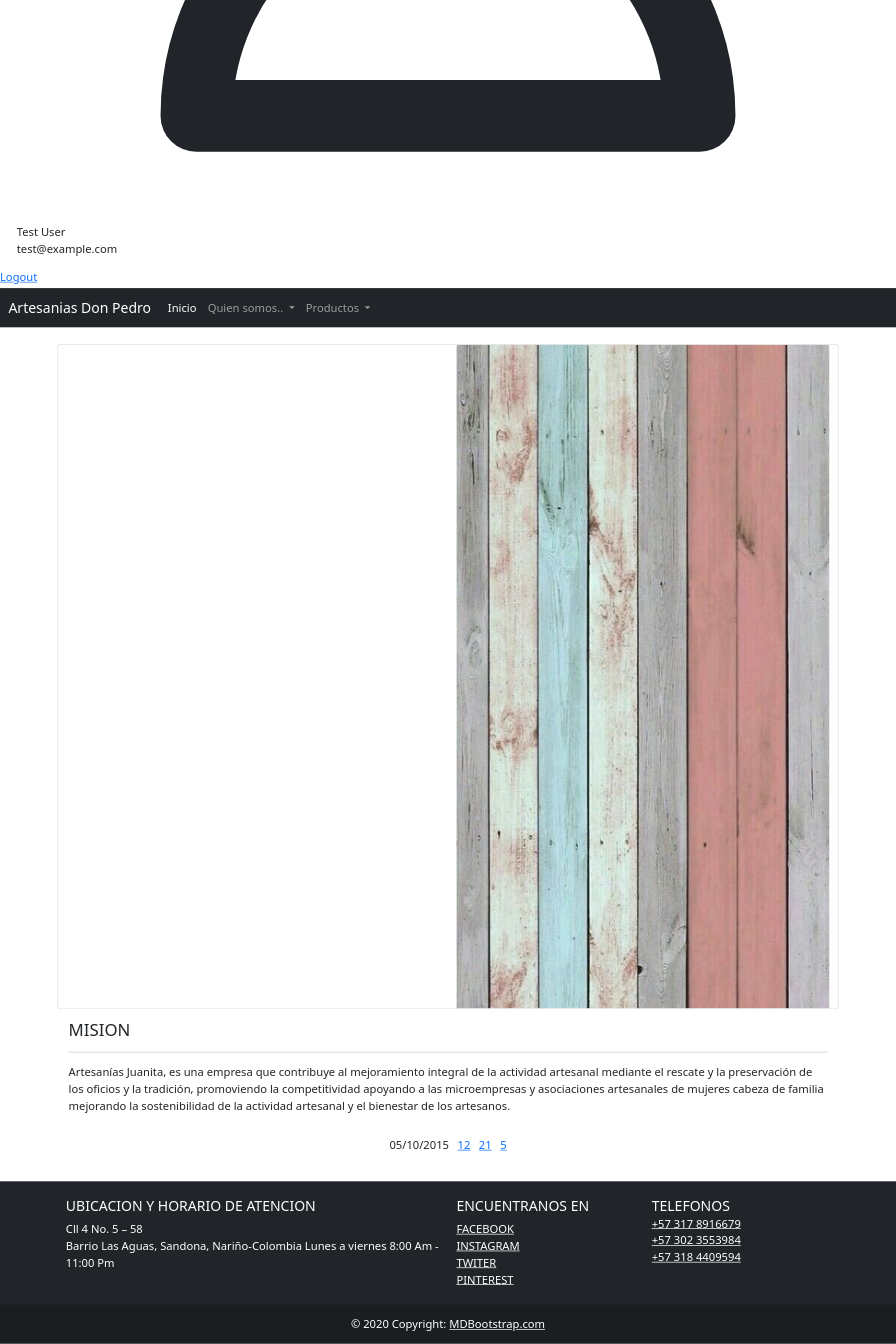
Repository: PG210/taller_artesania
Page: http://localhost/arte/mision
The author's editor kept a copy of each file at every save. The page is drawn from the files as they stood at one save, then again after the next save.
The browser window is 1280 px wide. The pictures show the part of the page from y = 2431 to 4351 px (the page is 4351 px tall before and 4027 px after), at 70% of full size.
Pictures or frames that could not be fetched are drawn as grey boxes. The page is served by the project's Laravel application, run on PHP 8.4 with Laravel 8. A made-up administrator, Test User (test@example.com), is signed in.

Above is the page before, as saved 2021-01-14 16:00:08.

After the next save:
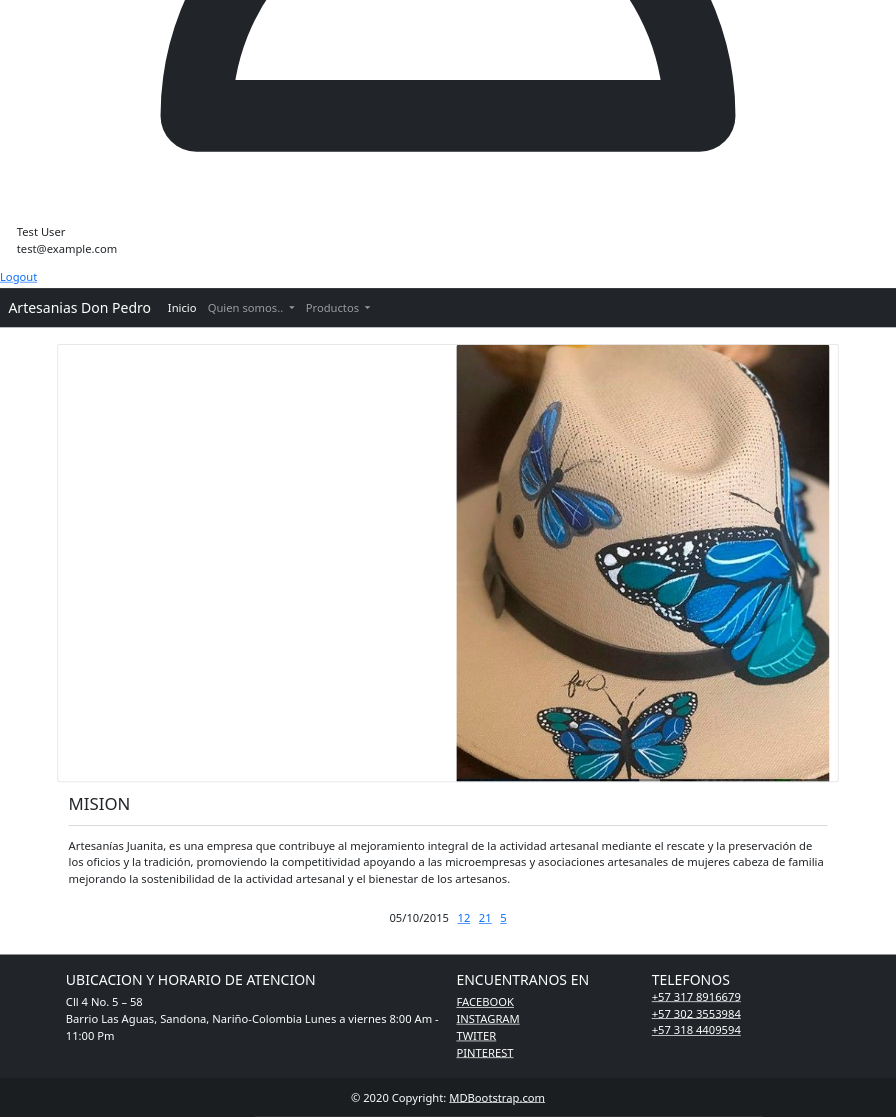
Saved 22 s later.
--- a/resources/views/arte/mision.blade.php
+++ b/resources/views/arte/mision.blade.php
@@ -24,7 +24,7 @@
 
             </div>
             <div class="col-lg-6">
-                <img class="card-img-top" src={{url("/img/3.jpg")}} alt="Card image cap">
+                <img class="card-img-top" src={{url("/img/6.jpg")}} alt="Card image cap">
 
             </div>
             </div>
